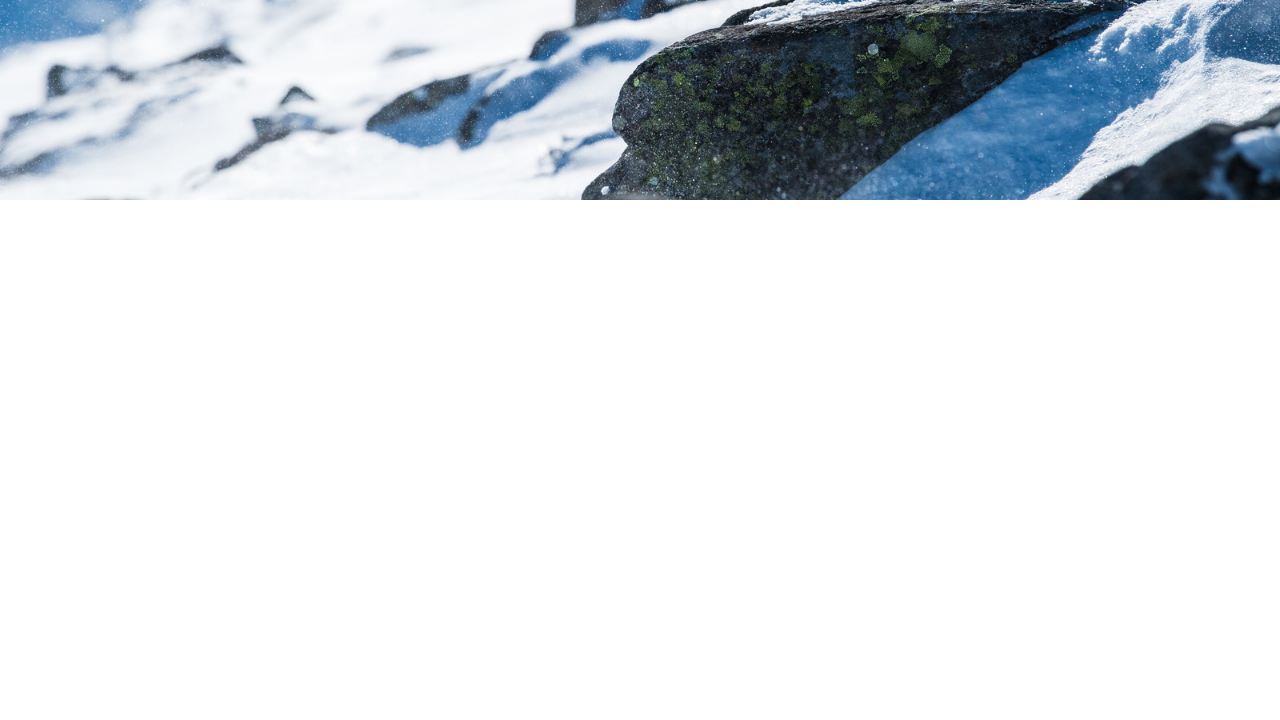
Repository: Yuya0829/HTML
Page: exercise/exercise6.html
The author's editor kept a record of every edit. The page is drawn from the files as they stood at one moment, then again after the next edit.
The browser window is 1280 px wide. The pictures show the whole page.

Above is the page before.

### exercise/exercise6.html
<!DOCTYPE html>
<html lang="ja">
  <head>
    <meta charset="UTF-8" />
    <!-- cssファイルの読み込み -->
    <link rel="stylesheet" href="exercise6.css" />
    <title>EXERCISE6</title>
  </head>

  <body>
    <div class="box1">
    <div class="box2">
    <div class="box3">
    <div class="box4">
    </div>
  </body>
</html>

### exercise/exercise6.css
* {
  margin: 0;
  padding: 0;
  box-sizing: border-box;
}

.box1 {
  height: 200px;
  background-image: url(img/box1.jpg);
  background-size: cover;
  background-position: center;
}

.box2 {
  height: 200px;
  background-image: url(img/box2.jpg);
  background-size: cover;
  background-position: center;
}

.box3 {
  height: 200px;
  background-image: url(img/box3.jpg);
  background-size: cover;
  background-position: center;
}

.box4 {
  height: 200px;
  background-image: url(img/box4.jpg);
  background-size: cover;
  background-position: center;
}

After the next edit:
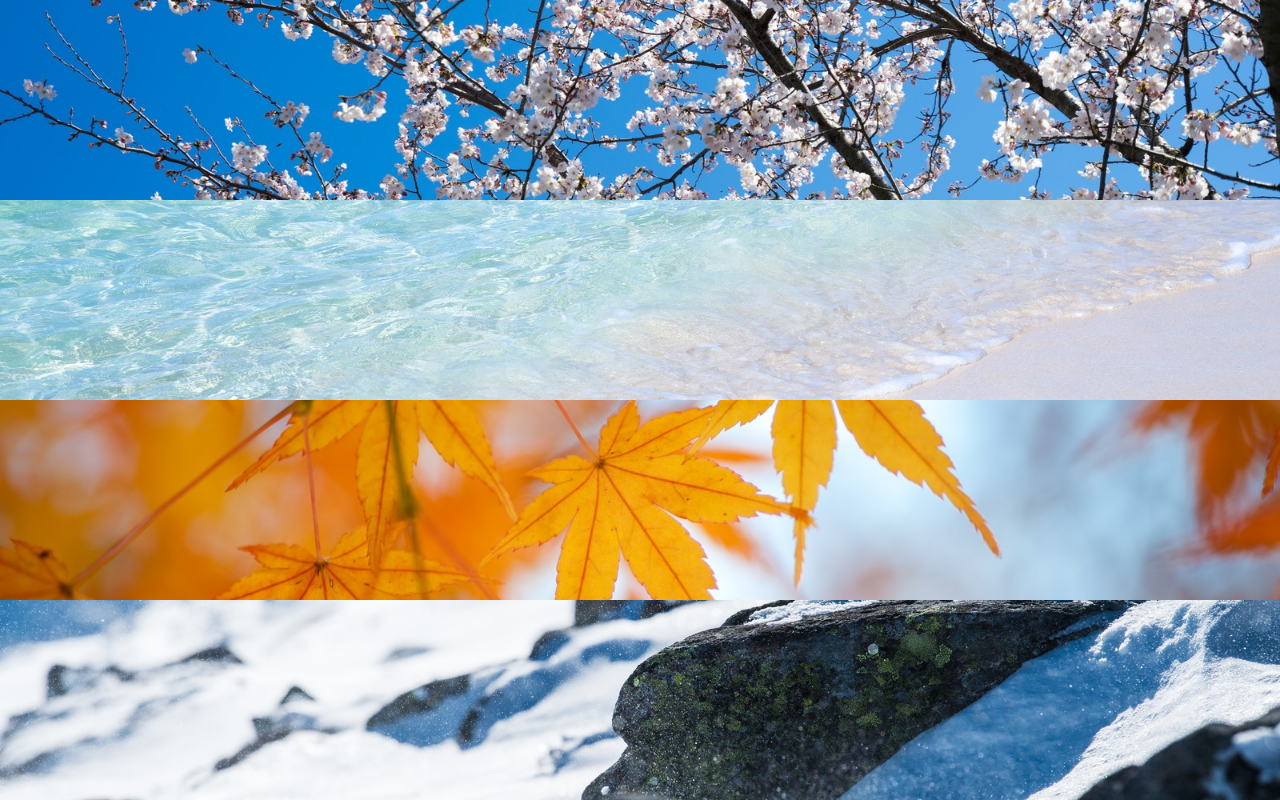
The edit:
--- a/exercise/exercise6.html
+++ b/exercise/exercise6.html
@@ -8,10 +8,11 @@
   </head>
 
   <body>
-    <div class="box1">
-    <div class="box2">
-    <div class="box3">
-    <div class="box4">
+    <div class="main">
+    <div class="box1"></div>
+    <div class="box2"></div>
+    <div class="box3"></div>
+    <div class="box4"></div>
     </div>
   </body>
 </html>
